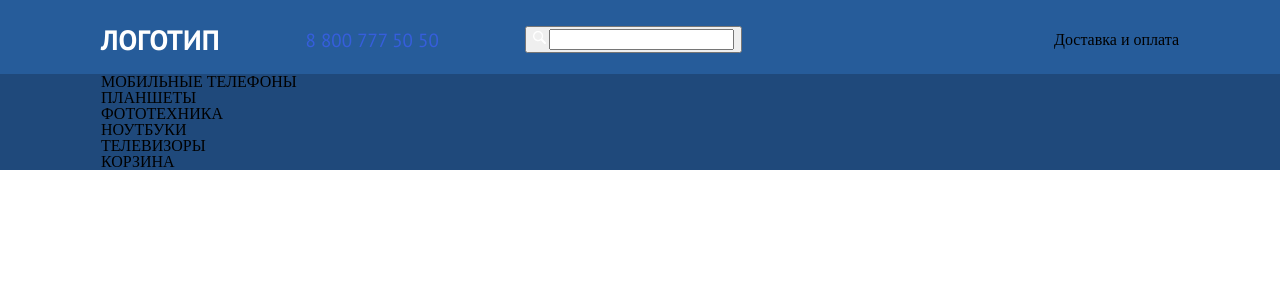
Repository: sem1103/WEBCompany
Page: index.html
The author's editor kept a copy of each file at every save. The page is drawn from the files as they stood at one save, then again after the next save.
The browser window is 1280 px wide. The pictures show the whole page.
The pointer rests on the first visible `header a`.

Above is the page before, as saved 2024-01-11 18:42:24.

After the next save:
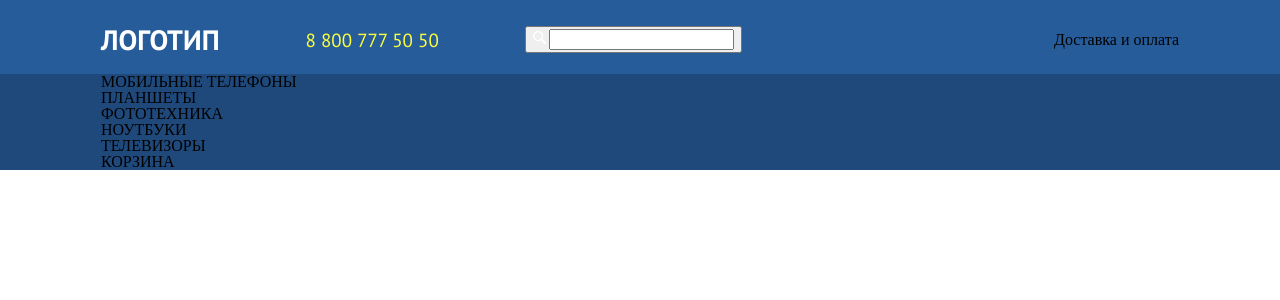
Saved 39 s later.
--- a/styles/main.css
+++ b/styles/main.css
@@ -14,6 +14,9 @@ header > div{
     display: flex;
     align-items: center;
     padding: 21px 0 16px 0;
+}
+header a:hover{
+    color: var(--yellow);
 }
 .header__logo span{
     font:700 28px var(--fontPT);
